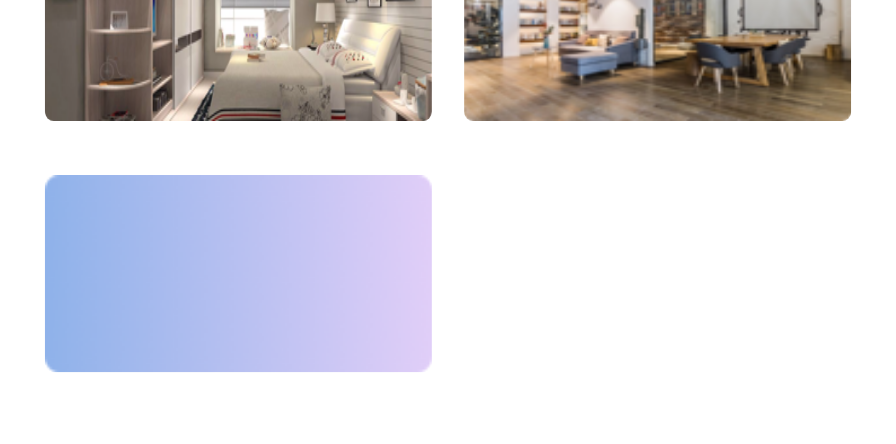
Repository: missing-star/rockBridge
Page: shop-set-bg.html
The author's editor kept a copy of each file at every save. The page is drawn from the files as they stood at one save, then again after the next save.
The browser window is 1280 px wide. The pictures show the part of the page from y = 1017 to 2937 px (the page is 1651 px tall before and 3443 px after), at 70% of full size.

Above is the page before, as saved 2019-05-17 10:00:51.

### shop-set-bg.html
<!DOCTYPE html>
<html lang="en">

<head>
    <meta charset="UTF-8">
    <meta name="viewport" content="width=device-width, initial-scale=1.0, user-scalable=no,maximum-scale=1.0">
    <meta http-equiv="X-UA-Compatible" content="ie=edge">
    <meta http-equiv="Expires" content="0">
    <meta http-equiv="Pragma" content="no-cache">
    <meta http-equiv="Cache-control" content="no-cache">
    <meta http-equiv="Cache" content="no-cache">
    <link rel="stylesheet" href="assets/mui/css/mui.min.css?v=1.2.6">
    <link rel="stylesheet" href="css/common.css?v=1.2.6">
    <link rel="stylesheet" href="css/shop-detail.css?v=1.2.6">
    <link rel="stylesheet" href="css/shop-set-bg.css">
    <title>叠石桥</title>
    <!--
        店铺详情
    -->
</head>

<body>
    <div id="app">
        <!--顶部搜索栏-->
        <header class="mui-bar mui-bar-nav" :style="currentBg">
            <div class="bg-black">
                <div class="search-group">
                    <i onclick="goBack()" class="mui-icon mui-icon-arrowleft"></i>
                </div>
                <div class="shop-info">
                    <img :src="shopInfo.images" alt="" class="shop-logo">
                    <div class="shop-title">
                        <p class="shop-name">{{shopInfo.title}}</p>
                        <p class="shop-level">
                            <span class="shop-score">{{score}}分</span>
                            <span class="shop-level-icon">
                                <img v-for="n in score" class="img-level" src="imgs/crown-active.png" alt="">
                                <img class="img-level" v-for="n in (5-score)" src="imgs/crown.png" alt="">
                            </span>
                        </p>
                    </div>
                    <button class="follow active">
                        已收藏
                    </button>
                </div>
                <ul class="tab-list">
                    <li class="tab-item active" data-tab-id="0">全部</li>
                    <li class="tab-item" data-tab-id="1">历史</li>
                </ul>
            </div>
        </header>
        <div class="mui-content">
            <div class="tab-content" :class="{active:showTab == 0}">
                <div @click="previewBg(index)" v-for="(item,index) in bgList" :class="{active:currentPreview == index}" class="preview-img-wrapper">
                    <img :src="getBg(index)" class="preview-item">
                    <img v-if="currentPreview == index" src="imgs/preview.png" class="preview-icon">
                </div>
            </div>
            <div class="tab-content goods" :class="{active:showTab == 1}">
                <div @click="previewBg(item)" v-for="(item,index) in bgHistory" :class="{active:currentPreview == item}" class="preview-img-wrapper">
                    <img :src="getBg(item)" class="preview-item">
                    <img v-if="currentPreview == item" src="imgs/preview.png" class="preview-icon">
                </div>
            </div>
        </div>
        <!-- 联系商家 -->
        <div class="contact-business-wrapper">
            <p class="phone-number-wrapper">
                <span class="phone-number">替换商铺背景图</span>
            </p>
            <span @click="changeBg" class="contact-business-btn">确定</span>
        </div>
    </div>
    <script src="assets/vue/vue.min.js?v=1.2.6"></script>
    <script src="assets/jquery/jquery.min.js?v=1.2.6"></script>
    <script src="assets/mui/js/mui.min.js?v=1.2.6"></script>
    <script src="js/common.js?v=1.2.6"></script>
    <script src="js/shop-set-bg.js"></script>
</body>

</html>

### css/common.css
html,
body,
.mui-content {
    font-size: calc(100vw / 20);
    background: #ffffff;
}
*{
    word-break: break-all;
}
div.mui-content {
    padding: 1rem;
}

header.mui-bar.mui-bar-nav {
    background: #ffffff;
    -webkit-box-shadow: none;
            box-shadow: none;
}

nav.mui-bar.mui-bar-tab {
    background: #ffffff;
    -webkit-box-shadow: 0 0 6px 0 rgba(0, 0, 0, 0.15);
            box-shadow: 0 0 6px 0 rgba(0, 0, 0, 0.15);
}

nva.mui-bar-tab span.mui-tab-label {
    color: #9d7e60;
}

.mui-bar-tab .mui-tab-item.mui-active {
    color: #5f4831;
}

img.mui-icon.nav-bar-icon.active {
    display: inline;
}

img.mui-icon.nav-bar-icon {
    display: none;
}

p {
    margin: 0;
}

input[type=color],
input[type=date],
input[type=datetime-local],
input[type=datetime],
input[type=email],
input[type=month],
input[type=number],
input[type=password],
input[type=search],
input[type=tel],
input[type=text],
input[type=time],
input[type=url],
input[type=week],
select,
textarea {
    margin-bottom: 0;
    width: auto;
    height: auto;
    border: none;
    -webkit-box-flex: 1;
        -ms-flex: 1;
            flex: 1;
    font-size: 0.8rem;
}

input::-webkit-input-placeholder {
    color: #c2c2c2;
}

nav.mui-bar.mui-bar-tab a.mui-tab-item {
    -ms-touch-action: none;
        touch-action: none;
    height: 100%;
}

nav.mui-bar.mui-bar-tab {
    height: 3rem;
}

.mui-bar-tab .mui-tab-item .mui-icon {
    top: 3px;
    width: 1.2rem;
    height: 1.2rem;
    padding-top: 0;
    padding-bottom: 0;
    margin-bottom: 0.1rem;
}

.mui-bar-tab .mui-tab-item .mui-icon~.mui-tab-label {
    font-size: 0.5rem;
    line-height: 1rem;
}

.mui-bar-tab~.mui-content {
    padding-top: 2.5rem;
    padding-bottom: 3rem;
}

button.submit {
    background: #9d7e60;
    width: 100%;
    border: none;
    border-radius: 1rem;
    font-size: 1rem;
    line-height: 1rem;
    color: #fff;
    margin-top: 1rem;
    height: 2rem;
}

button.mui-btn.mui-btn-blue.mui-poppicker-btn-ok,
button.mui-btn.mui-btn-blue {
    color: #ff8b16;
    background: transparent;
    border: none;
    font-size: 1rem;
}

.mui-poppicker-header,
.mui-dtpicker-header {
    border-radius: 0.3rem 0.3rem 0 0;
}

button.mui-btn.mui-poppicker-btn-cancel,
.mui-dtpicker-header button {
    color: #aaaaaa;
    border: none;
    background: transparent;
    font-size: 1rem;
}

button.mui-btn.mui-poppicker-btn-cancel>img,
.mui-dtpicker-header button>img {
    width: 1rem;
}

.mui-picker-inner,
.mui-picker {
    background: #fcfcfc;
    -webkit-mask-box-image: none;
    border-radius: 0 0 0.3rem 0.3rem;
}

.mui-poppicker-body {
    border: none;
    border-radius: 0 0 0.3rem 0.3rem;
}

button.mui-btn {
    color: #aaaaaa;
    border-color: #aaaaaa;
}

.mui-dtpicker-header {
    background: #ffffff;
}

.mui-dtpicker-title h5 {
    display: none;
}

span.mui-popup-button.mui-popup-button-bold {
    color: #FF8B16;
}

span.mui-popup-button {
    color: #aaaaaa;
}

[v-cloak] {
    display: none !important;
}

.mui-poppicker.mui-active,
.mui-dtpicker.mui-active {
    margin: 0.5rem;
    width: calc(100% - 1rem);
    border-radius: 0.3rem;
}

.popicker-title,
.dt-popicker-title {
    -webkit-box-flex: 1;
        -ms-flex: 1;
            flex: 1;
    text-align: center;
    font-size: 1rem;
    color: #000000;
}

.mui-poppicker-header,
.mui-dtpicker-header {
    display: -webkit-box;
    display: -ms-flexbox;
    display: flex;
    -webkit-box-align: center;
        -ms-flex-align: center;
            align-items: center;
    -webkit-box-pack: justify;
        -ms-flex-pack: justify;
            justify-content: space-between;
    background: #eeeeee;
}

.mui-pciker-list li {
    color: #b19c88;
}

.mui-pciker-list li.highlight {
    color: #5f4831;
}

.mui-pciker-rule-ft {
    z-index: 2;
    border-top: solid 1px #ced7de;
    border-bottom: solid 1px #ced7de;
}


input::-webkit-outer-spin-button,
input::-webkit-inner-spin-button {

    -webkit-appearance: none !important;
}

input[type="number"] {
    -moz-appearance: textfield;
}
.ellipsis{
    white-space: nowrap;
    overflow: hidden;
    text-overflow: ellipsis;
}
/* 联系商家 */
.contact-business-wrapper {
    position: fixed;
    bottom: 0;
    width: 100%;
    height: 2.5rem;
    background: #FFFFFF;
    border-top: 1px solid #f6f6f6;
    -webkit-box-shadow: 0 2px 6px 0 #EBEBEB;
            box-shadow: 0 2px 6px 0 #EBEBEB;
    display: -webkit-box;
    display: -ms-flexbox;
    display: flex;
    -webkit-box-align: center;
        -ms-flex-align: center;
            align-items: center;
    -webkit-box-pack: justify;
        -ms-flex-pack: justify;
            justify-content: space-between;
    padding: 0 1rem;
}
span.phone-number {
    color: #9e7f62;
    font-size: 0.8rem;
}
a.contact-business-btn,span.contact-business-btn {
    background: #ff8a16;
    color: #fff;
    font-size: 0.7rem;
    border-radius: 1rem;
    padding: 0.1rem 0.8rem;
    line-height: 1rem;
}
p.phone-number-wrapper {
    display: -webkit-box;
    display: -ms-flexbox;
    display: flex;
    -webkit-box-align: center;
        -ms-flex-align: center;
            align-items: center;
    -webkit-box-pack: justify;
        -ms-flex-pack: justify;
            justify-content: space-between;
    min-width: 28%;
}
img.phone-icon {
    width: 1rem;
}

### css/shop-set-bg.css
img.preview-item {
    width: 100%;
    height: 100%;
    border-radius: 0.2rem;
}
.tab-content.active {
    display: flex;
    align-items: center;
    justify-content: space-between;
    flex-wrap: wrap;
}
.preview-img-wrapper {
    position: relative;
    width: 48%;
    height: 22vw;
    margin: 3vw 0;
}
img.preview-icon {
    position: absolute;
    width: 35%;
    bottom: 2vw;
    right: 2vw;
}

### js/common.js
//保存用户还是商家版的变量 currentRole:[Number 0| Number 1] 0:user 1:business
if (!parseInt(sessionStorage.getItem('currentRole'))) {
    sessionStorage.setItem('currentRole', 0);
}
//用户是否可以切换角色
if (!sessionStorage.getItem('switchRole')) {
    sessionStorage.setItem('switchRole', 0);
}


function pageLink(url) {
    mui.openWindow({
        url: url
    })
}
//返回
function goBack() {
    window.history.go(-1);
}

mui('body').on('tap', 'a', function () {
    if (this.href != 'javascript:;') {
        mui.openWindow({
            url: this.href
        });
    }
});

//解析url参数
function getParams() {
    var list = location.search.substring(1).split('&');
    var param = {};
    list.forEach(function (value, index) {
        var temp = value.split('=');
        param[temp[0]] = temp[1];
    });
    return param;
}

//域名
var rootUrl = 'http://dieshiqiao.pzhkj.cn';

// 商家可选背景图列表
var bgList = [1,2,3,4,5];

// 当前商家背景图下标
var currentBg = 0;

if(!localStorage.getItem('bgList')) {
    localStorage.setItem('bgList',JSON.stringify(bgList));
}

if(!localStorage.getItem('currentBg')) {
    localStorage.setItem('currentBg',currentBg);
}
// 商家历史记录
if(!localStorage.getItem('bgHistory')) {
    localStorage.setItem('bgHistory','[]');
}

//将时间戳转换为时间（年-月-日）
function transformTime(timeStat,flag) {
    var date = new Date(parseInt(timeStat * 1000));
    var year = date.getFullYear();
    var month = date.getMonth() + 1;
    if (month < 10) {
        month = '0' + month;
    }
    var day = date.getDate();
    if (day < 10) {
        day = '0' + day;
    }
    var hour = date.getHours();
    if(hour < 10) {
        hour = '0' + hour;
    }
    var minute = date.getMinutes();
    if(minute < 10) {
        minute = '0' + minute;
    }
    var second = date.getSeconds();
    if(second < 10) {
        second = '0' + second;
    }
    if(flag) {
        return year + '-' + month + '-' + day + ' ' + hour + ':' + minute + ':' +second;
    }
    return year + '-' + month + '-' + day;
}

function replaceSpace(str) {
    //替换空格
    return str.replace(/\s+/g, "");
}

function validatePhone(phone) {
    var regPhone = /^1\d{9}\d$/;
    return regPhone.test(phone);
}

function limitLength(str, min, max) {
    return str.substring(min, max);
}
//倒计时
function countTime(str) {
    //获取当前时间
    var date = new Date();
    var now = date.getTime();

    var createDate = new Date(str);

    var cre = createDate.getTime();

    //时间差

    var leftTime = cre - now;
    //定义变量 d,h,m,s保存倒计时的时间

    var d, h, m, s;

    if (leftTime >= 0) {
        d = Math.floor(leftTime / 1000 / 60 / 60 / 24);
        h = Math.floor(leftTime / 1000 / 60 / 60 % 24);
        m = Math.floor(leftTime / 1000 / 60 % 60);
        s = Math.floor(leftTime / 1000 % 60);
        return `${d}天${h}小时${m}分${s}秒`;
    } else {
        return '';
    }
}

function validateUser() {
    if (sessionStorage.getItem('user') && sessionStorage.getItem('user') != `""`) {
        return true;
    } else {
        return false;
    }
}

function validateUserPhone() {
    if (JSON.parse(sessionStorage.getItem('user')).users.phone) {
        return true;
    } else {
        return false;
    }
}

function sortByPro(pro, flag) {
    //flag:true=>升序 false:降序
    return function (a, b) {
        return function (a, b) {
            return flag ? a[prop] - b[prop] : b[prop] - a[prop];
        }
    }
}

/**
 * 获得历史搜索记录
 */

 function getSearchHistory() {
     var result = [];
     $.ajax({
         url:`${rootUrl}/index/api/getSerachLog`,
         async:false,
         type:'post',
         success:function(data) {
            result = data.result.map(function(item,i) {
                return item.keywords;
            });
         },
         error:function() {
             mui.toast('服务器异常');
         }
     });
     return result;
 }

 function goLogin(type) {
     if(type == 1) {
         //维修员
        mui.openWindow({
            url:`${rootUrl}/index/api/getWxLogin`
        });
        }
     else {
         //商户
        mui.openWindow({
            url:`${rootUrl}/index/api/getWxRepairmanLogin`
        });
     }
 }


function getUserInfo() {
    $.ajax({
        url: `${rootUrl}/index/api/getMyCenter`,
        type: 'post',
        async: false,
        datType: 'json',
        success: function (data) {
            if (data.status == 1) {
                sessionStorage.setItem('user', JSON.stringify(data.result));
                userData = data.result;
                if (data.result.shop_id > 0) {
                    sessionStorage.setItem('switchRole', 1);
                } else {
                    sessionStorage.setItem('switchRole', 0);
                }
            } else if (data.status == 202) {
                goLogin();
            }
        },
        error: function () {
            mui.toast('服务器异常！');
        }
    })
}



function testProp() {
    mui('#sheet1').popover('toggle');
}

Loaded but not shown: assets/mui/css/mui.min.css (library); assets/vue/vue.min.js (library); assets/jquery/jquery.min.js (library); assets/mui/js/mui.min.js (library); js/shop-set-bg.js (89 lines, source omitted); css/shop-detail.css (645 lines, source omitted)

After the next save:
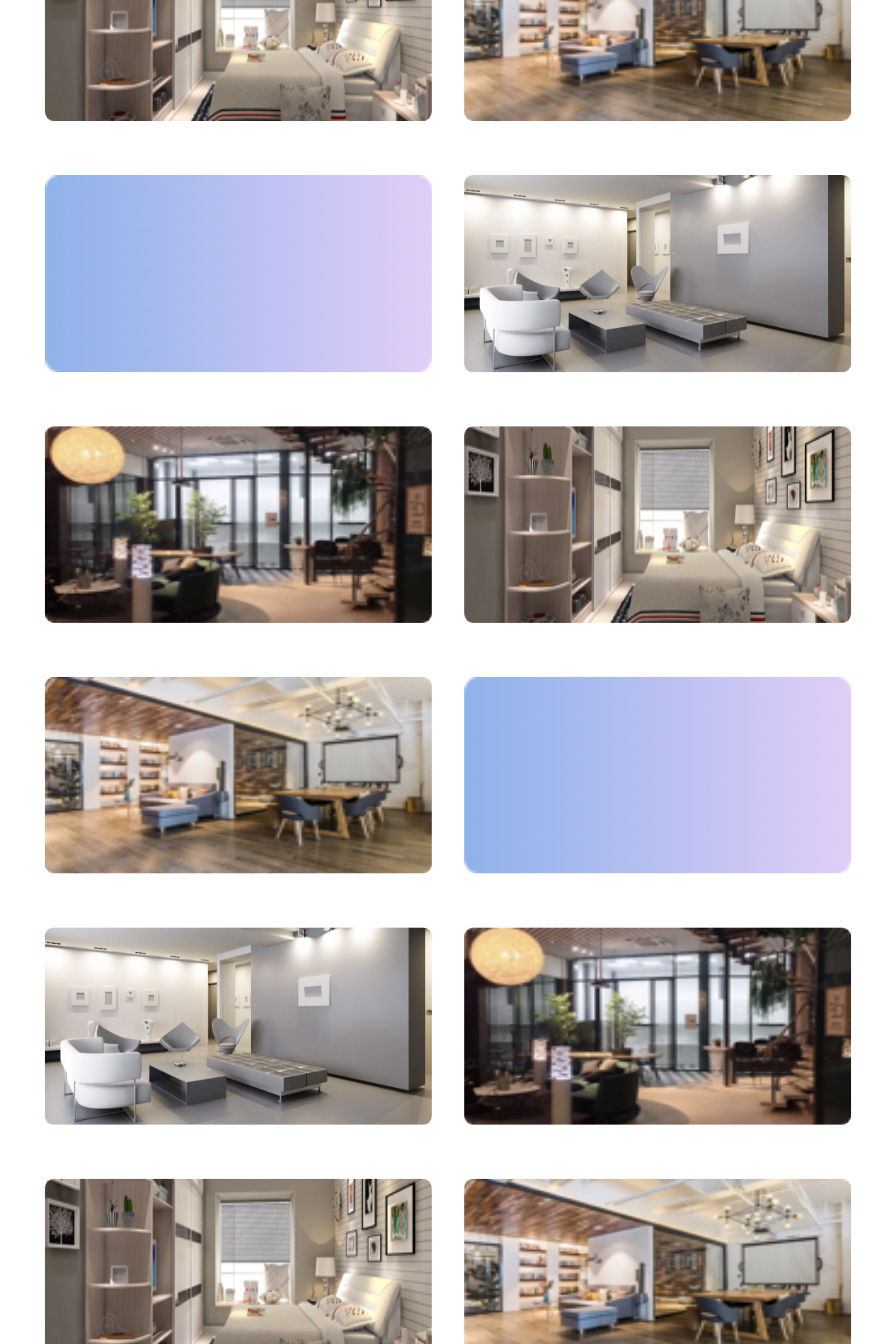
Saved 5 h 29 min later.
--- a/js/common.js
+++ b/js/common.js
@@ -41,7 +41,7 @@ function getParams() {
 var rootUrl = 'http://dieshiqiao.pzhkj.cn';
 
 // 商家可选背景图列表
-var bgList = [1,2,3,4,5];
+var bgList = [1,2,3,4,5,1,2,3,4,5,1,2,3,4,5];
 
 // 当前商家背景图下标
 var currentBg = 0;
